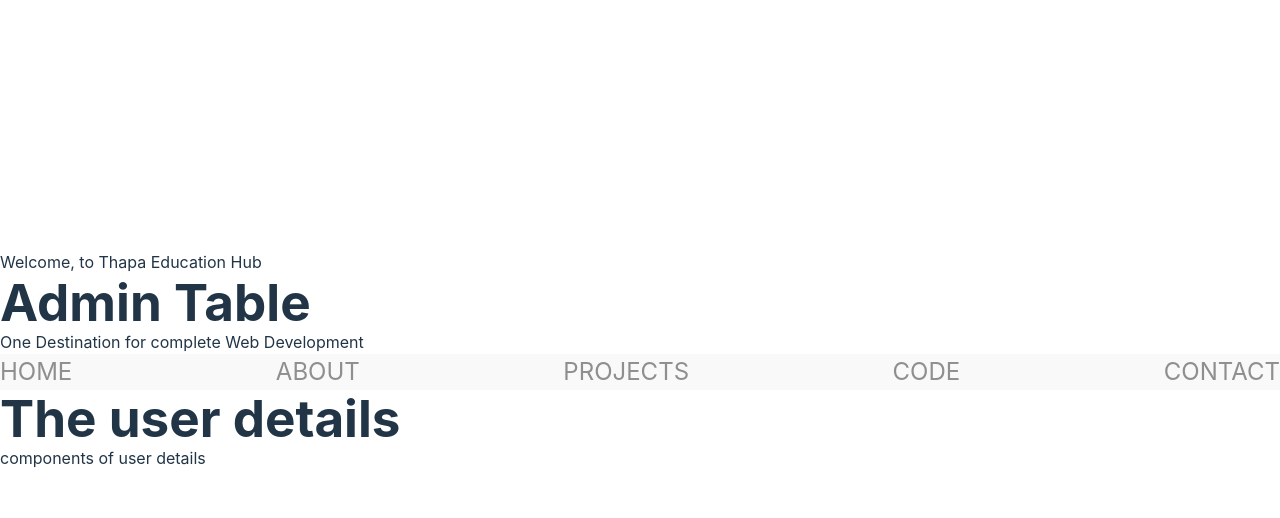
Repository: suraj-yadav7/employeeData-redux
Page: /
The author's editor kept a copy of each file at every save. The page is drawn from the files as they stood at one save, then again after a run of saves.
The browser window is 1280 px wide. The pictures show the whole page.
The project was rebuilt for these pictures with package versions that can differ from the ones it lists, and the page was loaded fresh each time. Also part of the build but not shown: vite.config.js.

Above is the page before, as saved 2023-05-10 11:57:14.

### src/App.jsx
import { useState } from 'react'
import './App.css'
import Navbar from './components/Navbar'
import UserDetails from './components/UserDetails'

function App() {
  const [count, setCount] = useState(0)

  return (
    <>
      <Navbar />
      <UserDetails/>
    </>
  )
}

export default App

### src/App.css
*{
  padding: 0 !important;
  margin: 0 !important;
  box-sizing: border-box;
  list-style: none;
}


/* Navbar Style */
nav {
  width: 100vw;
  margin: 1rem -5rem;
  background: #f9f9f9;
}
nav .menuItems {
  list-style: none;
  display: flex;
  justify-content: space-between;
}
nav .menuItems li {
  margin: 1rem 1rem;
}
nav .menuItems li a {
  text-decoration: none;
  color: #8f8f8f;
  font-size: 24px;
  font-weight: 400;
  transition: all 0.5s ease-in-out;
  position: relative;
  text-transform: uppercase;
}
nav .menuItems li a::before {
  content: attr(data-item);
  transition: 0.5s;
  color: #8254ff;
  position: absolute;
  top: 0;
  bottom: 0;
  left: 0;
  right: 0;
  width: 0;
  overflow: hidden;
}
nav .menuItems li a:hover::before {
  width: 100%;
  transition: all 0.5s ease-in-out;
}

@media screen and (max-width: 998px) {
  nav .menuItems li {
    margin: 0.6rem 5rem;
  }
}

### src/components/Navbar.jsx
import React from "react";


const Navbar = () => {
  return (
    <>
      <div>Welcome, to Thapa Education Hub</div>
      <h1>Admin Table</h1>

      <section>
        <div>One Destination for complete Web Development</div>
        <nav>
          <ul className="menuItems">
            <li>
              <a href="/" data-item="Home">
                Home
              </a>
            </li>
            <li>
              <a href="/" data-item="About">
                About
              </a>
            </li>
            <li>
              <a href="/" data-item="Projects">
                Projects
              </a>
            </li>
            <li>
              <a href="/" data-item="Code">
                Code
              </a>
            </li>
            <li>
              <a href="/" data-item="Contact">
                Contact
              </a>
            </li>
          </ul>
        </nav>
      </section>
    </>
  );
};


export default Navbar;

### src/components/UserDetails.jsx
import React from 'react';

const UserDetails = () => {
  return (
    <>
        <div className='userDetails'>
        <h1>The user details</h1>
        components of user details
        </div>
    </>
  )
};

export default UserDetails;

Loaded but not shown: index.html (common file); src/main.jsx (common file); src/index.css (common file)

After the next 2 saves:
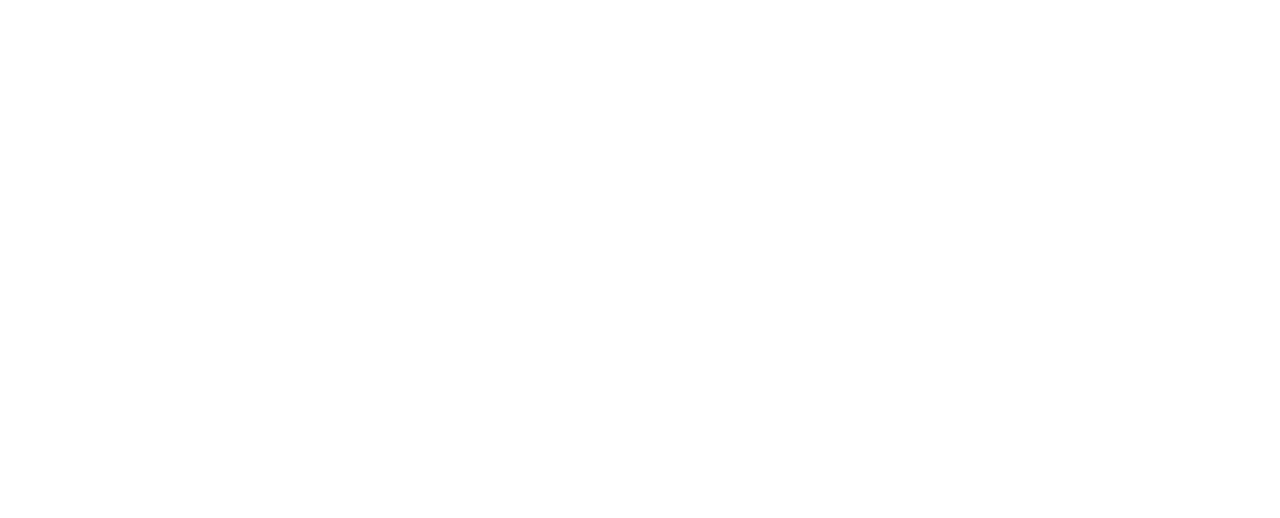
Console error: ReferenceError: DeleteUser is not defined
The 2 saves are shown as one change because 1 did not build or start.
The last was saved 5 min 30 s later.
--- a/src/components/UserDetails.jsx
+++ b/src/components/UserDetails.jsx
@@ -4,8 +4,18 @@
   return (
     <>
         <div className='userDetails'>
-        <h1>The user details</h1>
-        components of user details
+            <div className="admin-table">
+                <div className="admin-subtitle">
+                    List of user details
+                </div>
+                <button>Add new Users</button>
+            </div>
+            <ul>
+            <li>ji</li>
+            <li>hii</li>
+            </ul>
+            <hr/>
+            <DeleteUser />
         </div>
     </>
   )

After the save that followed:
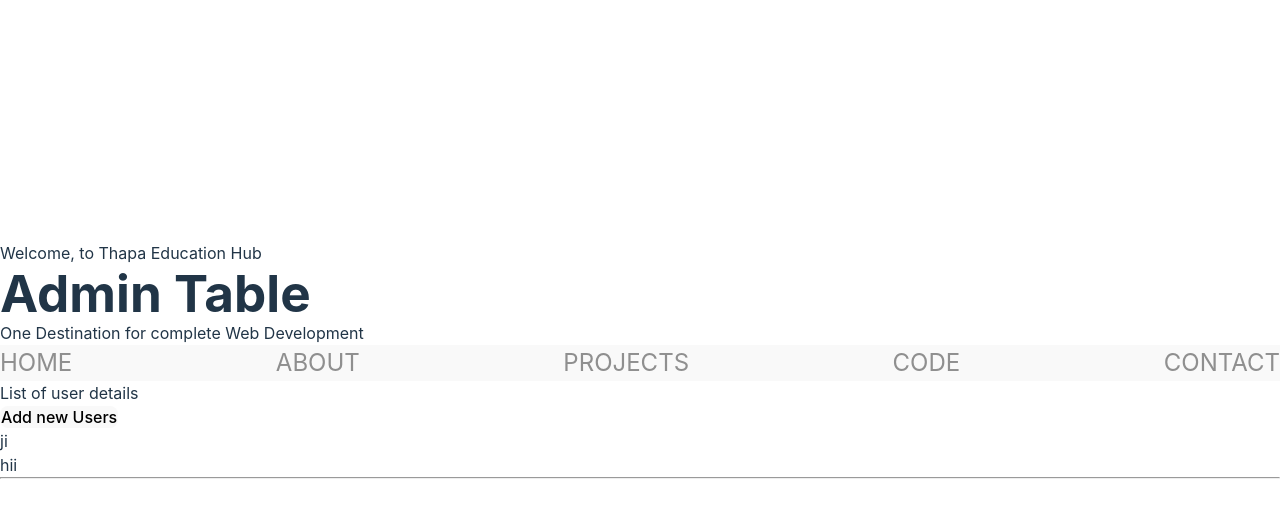
The error is gone.
Saved 40 s later.
--- a/src/components/UserDetails.jsx
+++ b/src/components/UserDetails.jsx
@@ -15,7 +15,6 @@
             <li>hii</li>
             </ul>
             <hr/>
-            <DeleteUser />
         </div>
     </>
   )
